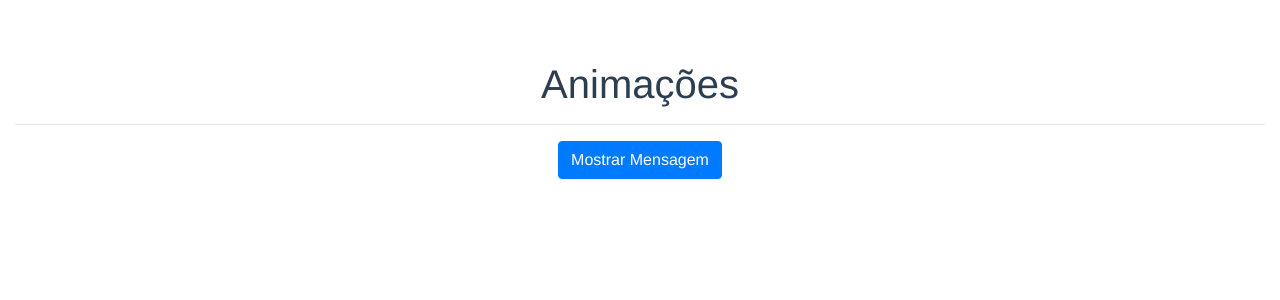
Repository: LucianoBitt/Curso_VueJS
Page: / (app in 12_animacoes/animacoes-exercicios/)
An editor plug-in stored every save of this project. The page is shown before and after the next save, followed by the edit.
The browser window is 1280 px wide. The pictures show the whole page.
The project was rebuilt for these pictures with package versions that can differ from the ones it lists, and the page was loaded fresh each time.

Above is the page before, as saved 2023-12-22 13:59:50.

After the next save:
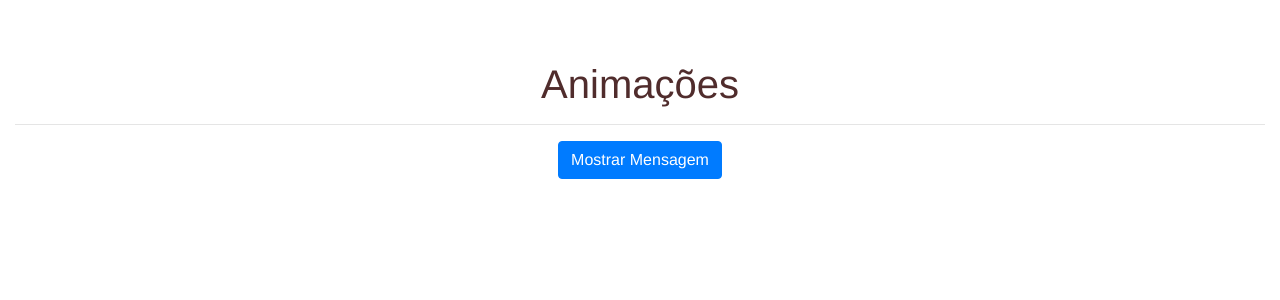
Saved 2 min 34 s later.
--- a/12_animacoes/animacoes-exercicios/src/App.vue
+++ b/12_animacoes/animacoes-exercicios/src/App.vue
@@ -33,7 +33,7 @@
 	-webkit-font-smoothing: antialiased;
 	-moz-osx-font-smoothing: grayscale;
 	text-align: center;
-	color: #2c3e50;
+	color: #502c2c;
 	margin-top: 60px;
 	font-size: 1.5rem;
 }

After the save that followed:
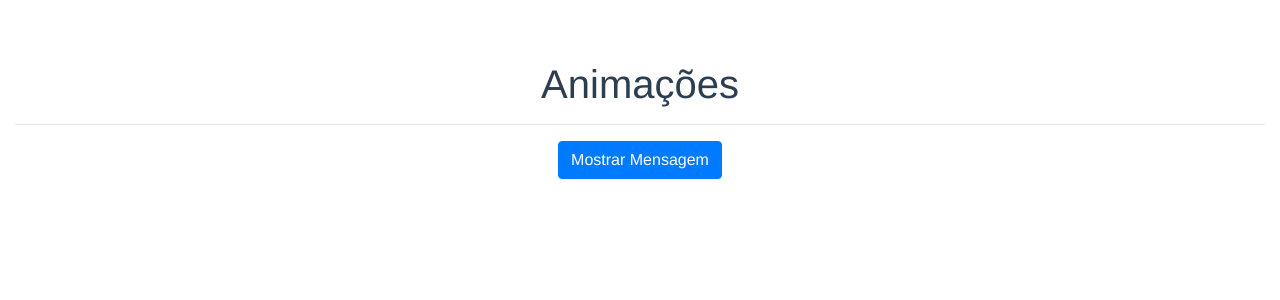
Saved 20 s later.
--- a/12_animacoes/animacoes-exercicios/src/App.vue
+++ b/12_animacoes/animacoes-exercicios/src/App.vue
@@ -33,7 +33,7 @@
 	-webkit-font-smoothing: antialiased;
 	-moz-osx-font-smoothing: grayscale;
 	text-align: center;
-	color: #502c2c;
+	color: #2c3e50;
 	margin-top: 60px;
 	font-size: 1.5rem;
 }
